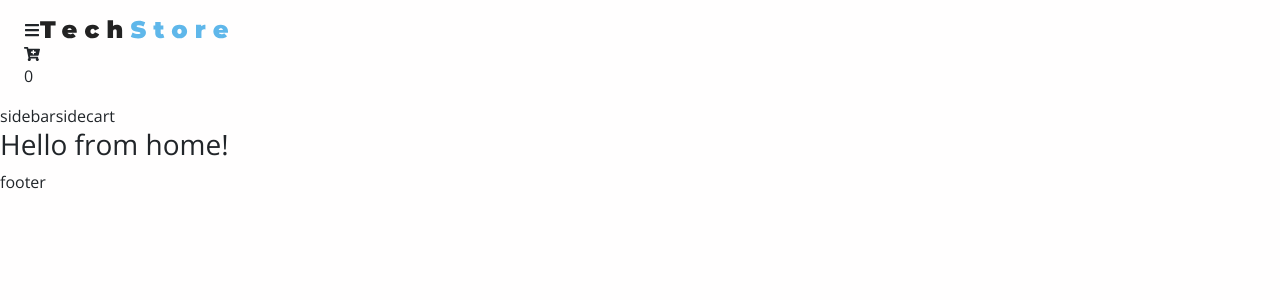
Repository: CaptainStorm21/react16-techstore
Page: /
The author's editor kept a copy of each file at every save. The page is drawn from the files as they stood at one save, then again after the next save.
The browser window is 1280 px wide. The pictures show the whole page.
Some web fonts or font styles are not loaded; a fallback is used. The project was rebuilt for these pictures with package versions that can differ from the ones it lists, and the page was loaded fresh each time. Also part of the build but not shown: src/pages/ContactPage.js, src/pages/ProductsPage.js, src/pages/AboutPage.js, src/pages/SingleProductPage.js, src/pages/DefaultPage.js, src/pages/CartPage.js.

Above is the page before, as saved 2020-05-08 15:39:14.

### public/index.html
<!DOCTYPE html>
<html lang="en">
  <head>
    <meta charset="utf-8" />
    <link rel="icon" href="%PUBLIC_URL%/favicon.ico" />
    <meta name="viewport" content="width=device-width, initial-scale=1" />
    <meta name="theme-color" content="#000000" />
    <meta
      name="description"
      content="Web site created using create-react-app"
    />
    <link rel="apple-touch-icon" href="%PUBLIC_URL%/logo192.png" />
    <!--
      manifest.json provides metadata used when your web app is installed on a
      user's mobile device or desktop. See https://developers.google.com/web/fundamentals/web-app-manifest/
    -->
    <link rel="manifest" href="%PUBLIC_URL%/manifest.json" />
    <!--
      Notice the use of %PUBLIC_URL% in the tags above.
      It will be replaced with the URL of the `public` folder during the build.
      Only files inside the `public` folder can be referenced from the HTML.

      Unlike "/favicon.ico" or "favicon.ico", "%PUBLIC_URL%/favicon.ico" will
      work correctly both with client-side routing and a non-root public URL.
      Learn how to configure a non-root public URL by running `npm run build`.
    -->
    <title>Tech Store</title>
  </head>
  <body>
    <noscript>You need to enable JavaScript to run this app.</noscript>
    <div id="root"></div>
    <!--
      This HTML file is a template.
      If you open it directly in the browser, you will see an empty page.

      You can add webfonts, meta tags, or analytics to this file.
      The build step will place the bundled scripts into the <body> tag.

      To begin the development, run `npm start` or `yarn start`.
      To create a production bundle, use `npm run build` or `yarn build`.
    -->
  </body>
</html>

### src/index.js
import React from "react";
import ReactDOM from "react-dom";
import "./index.css";
import App from "./App";
import * as serviceWorker from "./serviceWorker";

//Router setup
import { BrowserRouter as Router } from "react-router-dom";

//Import context
import { ProductProvider} from './context';

ReactDOM.render(
  <ProductProvider>
        <Router>
      <App />
    </Router>
  </ProductProvider>, document.getElementById("root")
);

// If you want your app to work offline and load faster, you can change
// unregister() to register() below. Note this comes with some pitfalls.
// Learn more about service workers: https://bit.ly/CRA-PWA
serviceWorker.unregister();

### src/App.js
import React from 'react';
import './App.css';
import  'bootstrap/dist/css/bootstrap.min.css';
// import styled from 'styled-components';

// //react icon
// import {FaHome} from 'react-icons/fa';

//import pages
import HomePage from './pages/HomePage';
import ContactPage from './pages/ContactPage';
import ProductsPage from './pages/ProductsPage';
import AboutPage from './pages/AboutPage';
import SingleProductPage from './pages/SingleProductPage';
import DefaultPage from './pages/DefaultPage';
import CartPage from './pages/CartPage';

//import routes
import { Route, Switch } from 'react-router-dom';

//import skeleton component
import Navbar from './components/Navbar';
import Footer from './components/Footer';
import Sidebar from './components/Sidebar';
import Sidecart from './components/Sidecart';

function App() {
  return (
    <>
      <Navbar />
      <Sidebar />
      <Sidecart />

      {/* navbar, sidebar, cart, footer */}
      <Switch>
        <Route path="/" exact component={HomePage} />
        <Route path="/about" component={AboutPage} />
        <Route path="/contact" component={ContactPage} />
        <Route path="/products" exact component={ProductsPage} />
        <Route path="/products/:id" component={SingleProductPage} />
        <Route path="/cart" component={CartPage} />
        <Route component={DefaultPage} />
      </Switch>
      <Footer />
    </>
  );
}


export default App;

### src/context/context.js
import React, { Component } from "react";
const ProductContext = React.createContext();

// Provider
// Consumer

class ProductProvider extends Component {
  state = {
    sidebarOpen: false,
    cartOpen: false,
    cartItems: 0
  };
  //handle sidebar
  handleSidebar = () => {
    this.setState({ sidebarOpen: !this.state.sidebarOpen });
  };
  //handle sidecart
  handleCart = () => {
    this.setState({ cartOpen: !this.state.cartOpen });
  };

  //close cart
  closeCart = () => {
    this.setState({ cartOpen: false });
  };

  //open cart
  openCart = () => {
    this.setState({ cartOpen: true });
  };

  render() {
    return (
      <ProductContext.Provider
        value={{
          // sidebarOpen: this.state.sidebarOpen,
          ...this.state,
          handleSidebar: this.handleSidebar,
          handleCart: this.handleCart,
          closeCart: this.closeCart,
          openCart: this.openCart,
        }}
      >
        {this.props.children}
      </ProductContext.Provider>
    );
  }
}

const ProductConsumer = ProductContext.Consumer;
export { ProductProvider, ProductConsumer };

### src/App.css
@import url("https://fonts.googleapis.com/css?family=Monda:400,700|Open+Sans:400,700|Raleway:400,700&display=swap");

/* font-family: 'Raleway', sans-serif;
font-family: 'Open Sans', sans-serif;
font-family: 'Monda', sans-serif;
*/

/* sass */
:root {
  --primaryColor: #0a74bb;
  --primaryRGBA: rgba(0, 0, 0, 0.3);
  --mainGrey: #fffefede !important;
  --darkGrey: #1a1110;
  --mainWhite: #fff;
  --mainBlack: #222;
  --mainTransition: all 0.3s ease-in-out;
  --mainSpacing: 0.3rem;
}

.text-title {
  font-family: "Monda", sans-serif;
  font-weight: bold;
  letter-spacing: var(--mainSpacing);
  text-transform: capitalize;
}

.text-main {
  color: var(--primaryColor);
}

body {
  font-family: "Open Sans", sans-serif !important;
  background-color: var(--mainGrey) !important;
  color: var(--mainBlack);
}

### src/pages/HomePage.js
import React from 'react'
import {ProductConsumer} from '../context';

export default function HomePage() {
    return (
      <>
        <ProductConsumer>
                {value => {
                    // console.log(value);
                    return <h3>Hello from home!</h3>
                }}
        </ProductConsumer>
      </>
    );
}

### src/components/Navbar.js
import React from 'react'
//icons
import { FaBars, FaCart, FaCartPlus } from "react-icons/fa";
import styled from 'styled-components';
import { ProductConsumer } from '../context';
//logo
import logo from '../images/logo.svg';

export default function Navbar() {
    return (
        <ProductConsumer>
            {value => {
                const { cartItems, handleSidebar, handleCart } = value;
                return <NavWrapper>
                    <div className="nav-center">
                        <FaBars className="nav-icon" onClick="handleSidebar" />
                        <img src={logo} alt="company logo" />
                        <div className="nav-cart">
                            <FaCartPlus className="nav-icon" onClick={handleCart} />
                            <div className="cart-items">{cartItems}</div>
                        </div>
                    </div>
                </NavWrapper>
            }}
        </ProductConsumer>
    )
}

const NavWrapper = styled.nav`
    position: -kit-sticky;
    position: sticky;
    top: 0;
    width: 100%;
    padding: 1rem 1.5rem;
    background: var(--mainGrey);
    border-bottom: 3px solid var(--)

`

### src/components/Footer.js
import React from 'react'

export default function Footer() {
    return (
        <>
            footer
        </>
    )
}

### src/components/Sidebar.js
import React from 'react'

export default function Sidebar() {
    return (
        <>
            sidebar
        </>
    )
}

### src/components/Sidecart.js
import React from 'react'

export default function Sidecart() {
    return (
        <>
            sidecart
        </>
    )
}

Loaded but not shown: src/index.css (common file); src/serviceWorker.js (common file)

After the next save:
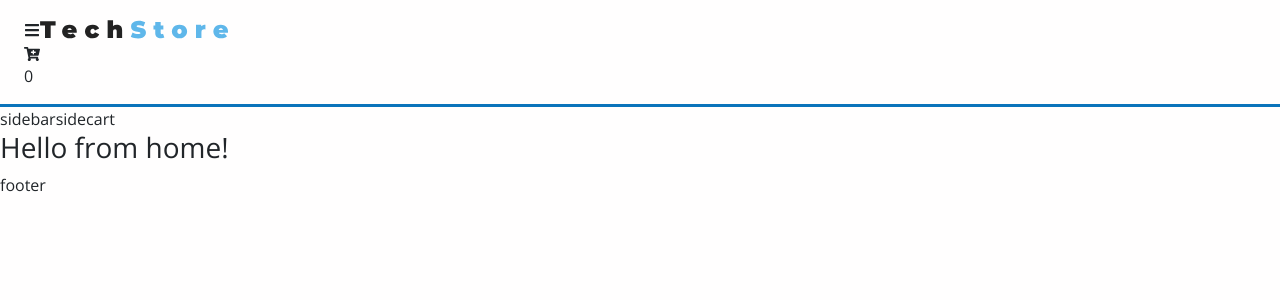
Saved 5 s later.
--- a/src/components/Navbar.js
+++ b/src/components/Navbar.js
@@ -33,6 +33,6 @@ const NavWrapper = styled.nav`
     width: 100%;
     padding: 1rem 1.5rem;
     background: var(--mainGrey);
-    border-bottom: 3px solid var(--)
+    border-bottom: 3px solid var(--primaryColor)
 
 `
